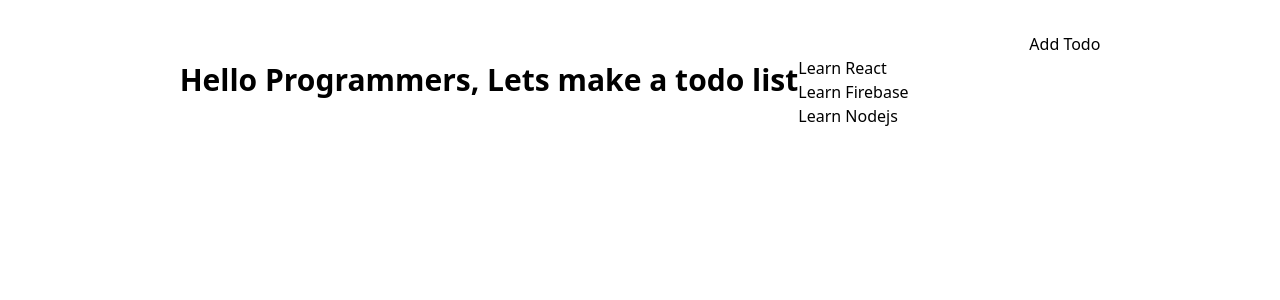
Repository: Shamraiz761/todo_list
Page: /
The author's editor kept a copy of each file at every save. The page is drawn from the files as they stood at one save, then again after the next save.
The browser window is 1280 px wide. The pictures show the whole page.
The project was rebuilt for these pictures with package versions that can differ from the ones it lists, and the page was loaded fresh each time. Also part of the build but not shown: vite.config.js.

Above is the page before, as saved 2024-01-11 22:35:10.

After the next save:
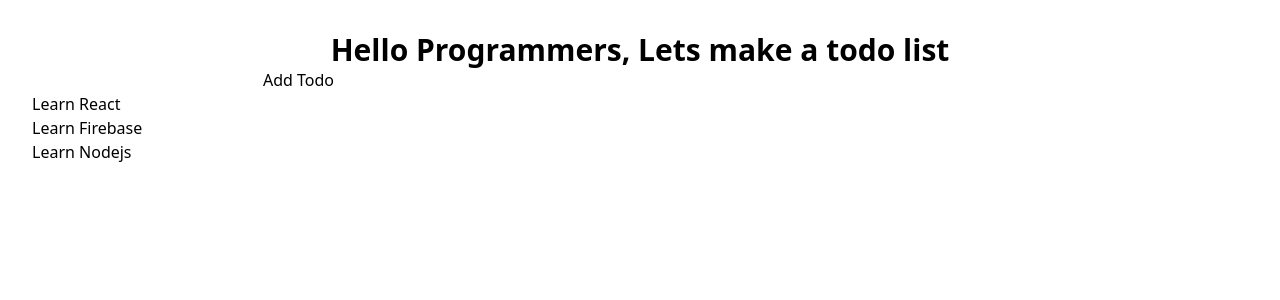
Saved 7 s later.
--- a/src/App.jsx
+++ b/src/App.jsx
@@ -15,7 +15,7 @@ function App() {
   };
 
   return (
-    <div className="m-5 p-3 flex justify-center items-center">
+    <div className="m-5 p-3 ">
 
       <h1 className="text-3xl font-bold  text-center">Hello Programmers, Lets make a todo list</h1>
       <div></div>
